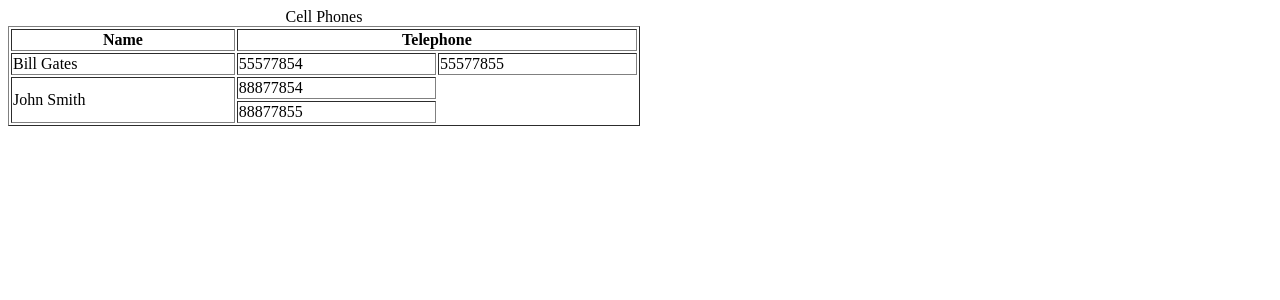
Repository: SanghunOh/learn_publising
Page: HtmlCss/WebContent/htmlelements/table_rowcolspan.html
The author's editor kept a copy of each file at every save. The page is drawn from the files as they stood at one save, then again after the next save.
The browser window is 1280 px wide. The pictures show the whole page.

Above is the page before, as saved 2018-05-05 07:26:59.

After the next save:
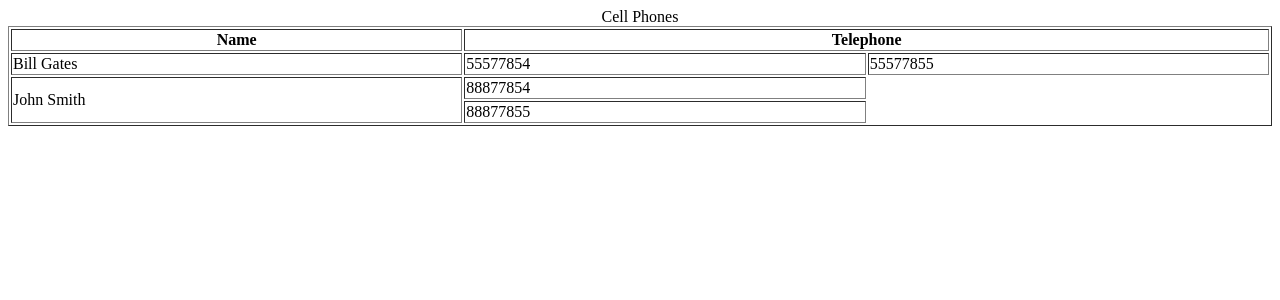
Saved 22 s later.
--- a/HtmlCss/WebContent/htmlelements/table_rowcolspan.html
+++ b/HtmlCss/WebContent/htmlelements/table_rowcolspan.html
@@ -3,7 +3,8 @@
 <head>
 </head>
 <body>
-	<table style="width: 50%" border="1">
+	<table style="width: 100%" border="1">
+	<!--table style="width: 50%" border="1"-->
 		<caption>Cell Phones</caption>
 		<tr>
 			<th>Name</th>
